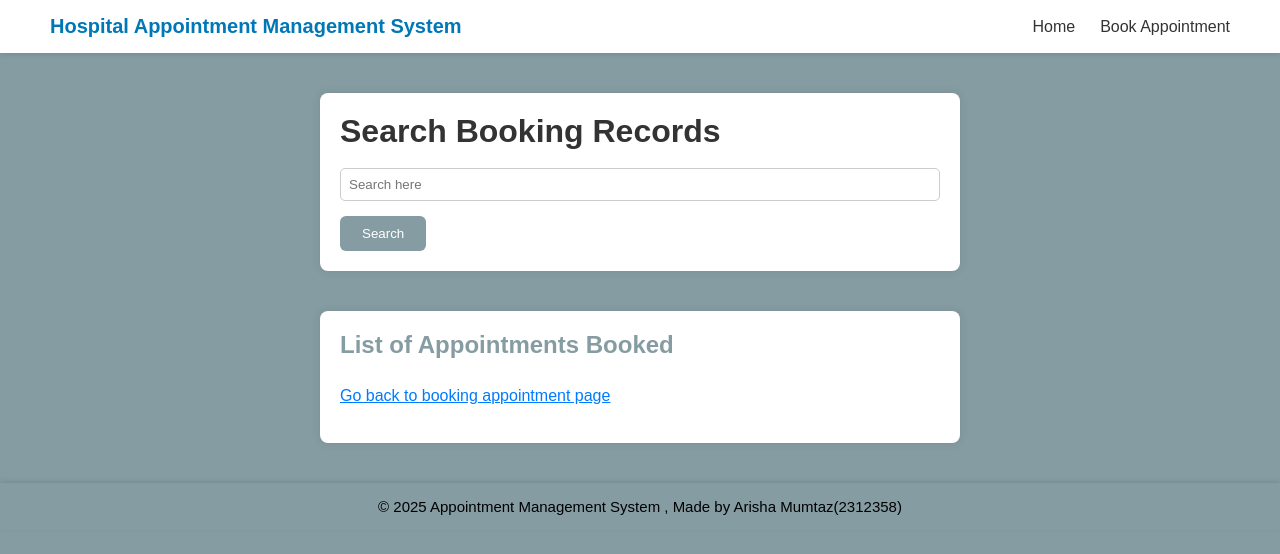
Repository: Arisha004/Hospital-appointment-management-system-
Page: http://localhost/list.php
These files come from the project's save history. The page is drawn as it stood at one moment and after the next save; the edit follows.
The browser window is 1280 px wide. The pictures show the whole page.
The page is run by PHP 8.4 with error messages shown; the project is at /var/www/html/. db.php is not in the repository; a stand-in opens the database connection. Other server files are loaded and not shown. Queries for data that is not in the repository find no rows.

Above is the page before, as saved 2025-11-15 18:29:45.

### list.php
<?php
include 'db.php';
$sql="select * from appointments";
$result=$conn->query($sql);


?>

<?php
include 'db.php';
  if(isset($_GET['search'])){
    $filteredvalues=$_GET['search'];
    $sql = "SELECT * FROM appointments
        WHERE full_name LIKE '%$filteredvalues%'";
    $result=$conn->query($sql);

    }


?>
<!DOCTYPE html>
<html lang="en">
<head>
    <title>Document</title>
  <link rel="stylesheet" href="style2.css">
  <style>
    table{
    width: 100%;
    border-collapse: collapse;
    justify-content: center;
    margin-top: 20px;

  }
  h2{
    text-align: left;
    margin-bottom: 10px;
  }

  th, td {
    padding: 12px;
    text-align: left;
    border: 1px solid black;
  }
  tr:hover {background-color: #f1f1f1;}
a{
  color: #007bff;
}

  </style>


</head>
<body>
  <header class="navbar">
    <div class="logo">Hospital Appointment Management System</div>
    <nav>
      <ul>
           <li><a href="landingpage.html">Home</a></li>
          <li><a href="index.php">Book Appointment</a></li>


         </ul>
    </nav>
  </header>


        <form action="" method="get">
<div class="container1">
    <h1>Search Booking Records </h1> <br>


    <input type="text" name="search" required value="<?php if(isset($_GET['search'])){
    echo $_GET['search'];
}?>" placeholder="Search here">
    <button type="submit">Search</button>

</div>
</form>

      <div class="container1">
    <h2>List of Appointments Booked</h2><br>

    <p><a href="index.php"> Go back to booking appointment page</a></p><br>


   <?php


if (isset($result) && $result->num_rows > 0){

echo "<table border='1' cellpadding='10'>";
  echo   "<tr>
    <th>ID</th>
    <th>Name</th>
    <th>Email</th>

    <th>Action</th>

    </tr>";
  while($items = $result->fetch_assoc()) {


        echo "<tr>";

    echo "<td>".$items["id"]."</td>";
    echo "<td>".$items["full_name"]."</td>";
    echo "<td>".$items["email"]."</td>";
      echo "<td><a href='detail.php?id=$items[id]'>More Info</a><br><br>
    <a href='update.php?id=$items[id]'>Update</a><br><br>
    <a href='delete.php?id=$items[id]'>Delete</a>
    </td>";

       echo "</tr>";

        }

    echo "</table>";
   }
    elseif (isset($_GET['search'])){
      echo "<br>";
      echo "No Record Found";
    }





?>

</div>
 <footer>
    <p>© 2025 Appointment Management System , Made by Arisha Mumtaz(2312358)</p>
  </footer>
</body>
</html>

### style2.css
  /* Reset and fonts */
* {
  margin: 0;
  padding: 0;
  box-sizing: border-box;
  font-family: 'Poppins', sans-serif;
}

body {
  background: #869CA3;
  color: #333;
}
  .container1 { width: 50%; margin: 40px auto; background: #fff; padding: 20px; border-radius: 8px; box-shadow: 0 0 10px rgba(0,0,0,0.1); }
  h2 { text-align: center; color: #869CA3; }
  label { font-weight: bold; display: block; margin-bottom: 5px; }
  input, select, textarea {
      width: 100%;
      padding: 8px;
      margin-bottom: 15px;
      border: 1px solid #ccc;
      border-radius: 5px;
  }
 /* Footer */
footer {
  text-align: center;
  padding: 15px;
  background-color:#869CA3;
        color: black;
  box-shadow: 0 -2px 5px rgba(0,0,0,0.1);
  font-size: 15px;

}
label span {
  color: red;
}

/* Navbar */
.navbar {
  display: flex;
  justify-content: space-between;
  align-items: center;
  padding: 15px 50px;
  background: #fff;
  box-shadow: 0 2px 5px rgba(0,0,0,0.1);
  position: sticky;
  top: 0;
  z-index: 10;
}

.navbar .logo {
  font-weight: 700;
    font-size: 20px;
  color: #0077b6;
}

.navbar ul {
  display: flex;
  list-style: none;
}

.navbar ul li a {
  text-decoration: none;
  color: #333;
  margin-left: 25px;
  transition: 0.3s;
}

.navbar ul li a:hover {
  color: #0077b6;
}

  button{

  display: inline-block;
  background-color: #869CA3;
  color: #fff;
  padding: 10px 22px;
  border: none;
  border-radius: 6px;
  cursor: pointer;
  font-weight: 500;

  transition: 0.3s;
   text-align: center;
}

button:hover {
  background-color: #7498a3;
  transform: translateY(-2px);
}

  input[type=submit] {
      background-color: #007bff;
      color: white;
      border: none;
      padding: 10px 15px;
      cursor: pointer;
      border-radius: 5px;
  }
  input[type=submit]:hover {
      background-color: #0056b3;
  }
  select[name="status"] {
    background-color: #f8f9fa;
    color: #495057;
    padding: 8px;
    margin-bottom: 15px;
    border: 1px solid #ced4da;
    border-radius: 5px;
    width: 100%;
}

select[name="status"] option[value="Pending"] { color: #ffc107; }
select[name="status"] option[value="Confirmed"] { color: #28a745; }
select[name="status"] option[value="Cancelled"] { color: #dc3545; }
select[name="status"] option[value="Completed"] { color: #17a2b8; }

After the next save:
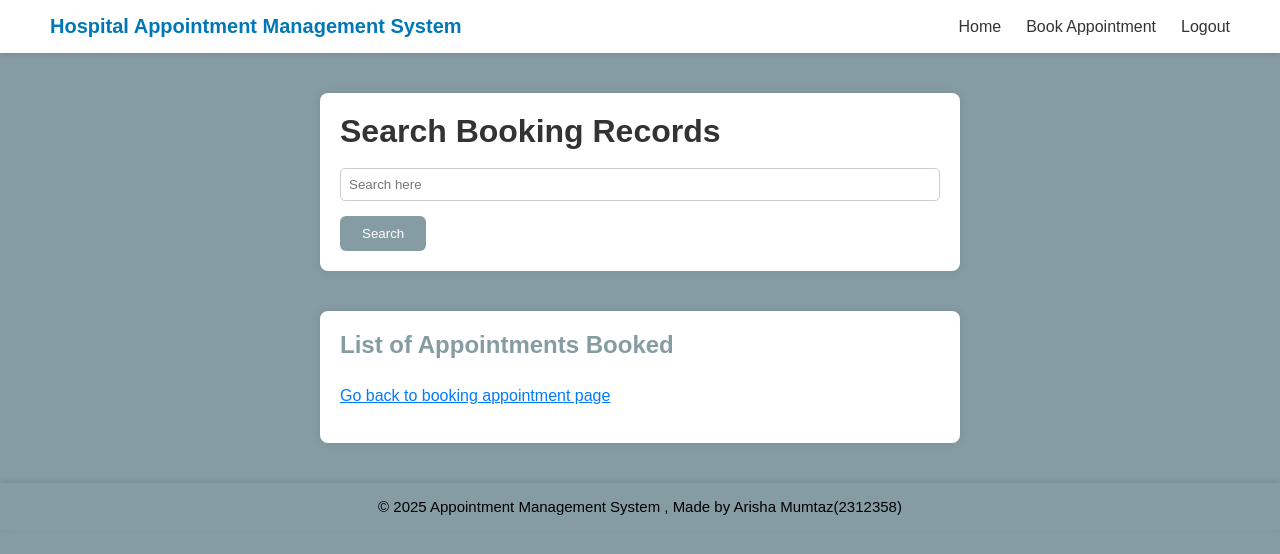
Saved 14 s later.
--- a/list.php
+++ b/list.php
@@ -57,6 +57,8 @@ a{
       <ul>
            <li><a href="landingpage.html">Home</a></li>
           <li><a href="index.php">Book Appointment</a></li>
+
+          <li><a href="signup.php">Logout</a></li>
 
 
          </ul>
